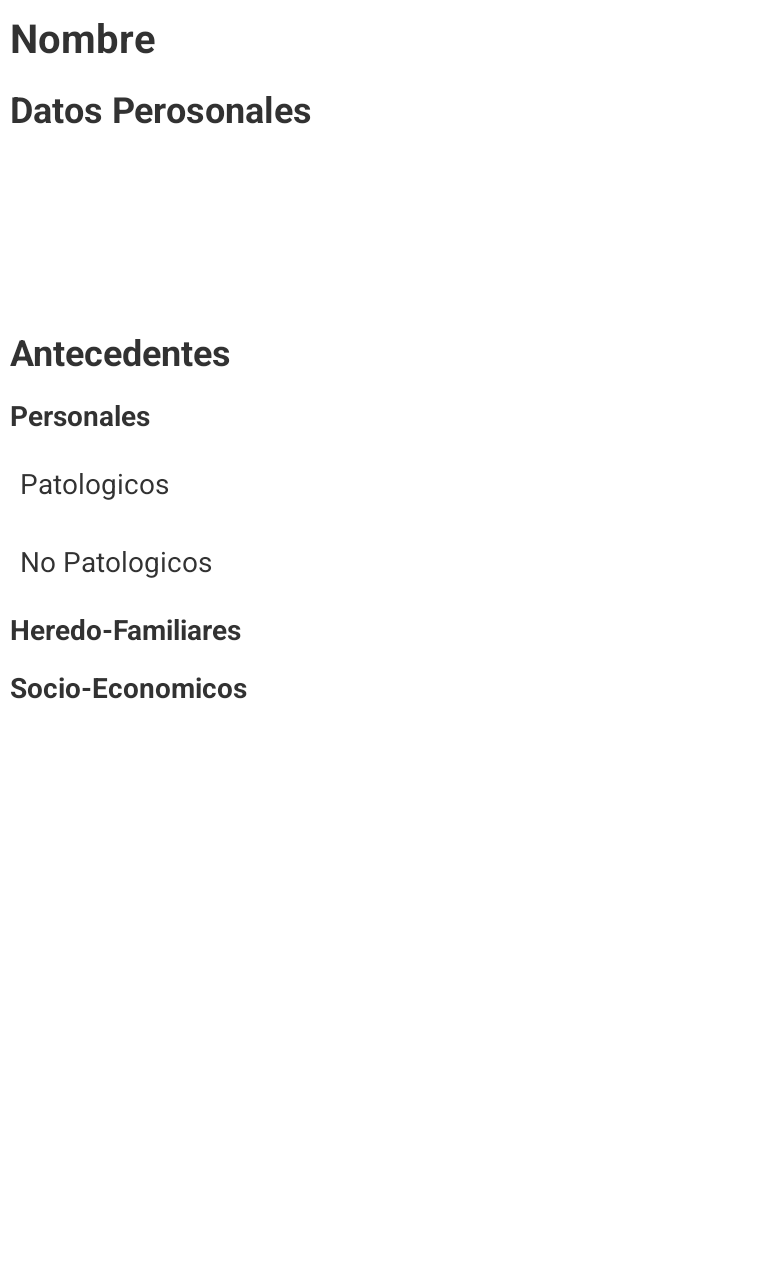
Repository: kakusio/AndoidMedics
Layout: NfcAndroidCliente/res/layout/historial_medico.xml
The author's editor kept a copy of each file at every save. The layout is drawn from the files as they stood at one save, then again after the next save.
It is drawn on a 768 x 1280 px phone screen (xhdpi) without system bars, with theme AppTheme; the app's code is not run. Lists and similar views that code fills are empty.

Above is the layout before, as saved 2013-04-14 17:59:49.

### NfcAndroidCliente/res/layout/historial_medico.xml
<?xml version="1.0" encoding="UTF-8"?>
<LinearLayout xmlns:android="http://schemas.android.com/apk/res/android"
    android:layout_width="fill_parent"
    android:layout_height="fill_parent"
    android:orientation="vertical" >

    <TextView
        android:id="@+id/nombreUsuario"
        android:layout_width="match_parent"
        android:layout_height="wrap_content"
        android:layout_margin="5dp"
        android:text="Nombre"
        android:textSize="20sp"
        android:textStyle="bold" />

    <TextView
        android:id="@+id/datosPerosonalesTest"
        android:layout_width="match_parent"
        android:layout_height="wrap_content"
        android:layout_margin="5dp"
        android:text="Datos Perosonales"
        android:textSize="18sp"
        android:textStyle="bold" />
    <LinearLayout
        android:id="@+id/datosPerosonalesLayout"
        android:layout_width="match_parent"
        android:layout_height="wrap_content"
        android:orientation="vertical" >

        <TextView
            android:id="@+id/religionUsuario"
            android:layout_width="match_parent"
            android:layout_height="wrap_content"
            android:layout_margin="5dp" />

        <TextView
            android:id="@+id/edadUsuario"
            android:layout_width="match_parent"
            android:layout_height="wrap_content"
            android:layout_margin="5dp" />

        <TextView
            android:id="@+id/sexoUsuario"
            android:layout_width="match_parent"
            android:layout_height="wrap_content"
            android:layout_margin="5dp" />
    </LinearLayout>

    <TextView
        android:id="@+id/antecedentesTest"
        android:layout_width="match_parent"
        android:layout_height="wrap_content"
        android:layout_margin="5dp"
        android:text="Antecedentes"
        android:textSize="18sp"
        android:textStyle="bold" />
    <LinearLayout
        android:id="@+id/antecedentesLayout"
        android:layout_width="match_parent"
        android:layout_height="wrap_content"
        android:orientation="vertical" >

        <TextView
            android:id="@+id/Personales"
            android:layout_width="match_parent"
            android:layout_height="wrap_content"
            android:layout_margin="5dp"
            android:text="Personales"
            android:textStyle="bold" />

        <LinearLayout
            android:id="@+id/personaleslayout"
            android:layout_width="match_parent"
            android:layout_height="wrap_content"
            android:orientation="vertical" >

            <TextView
                android:id="@+id/patologicos"
                android:layout_width="match_parent"
                android:layout_height="wrap_content"
                android:layout_margin="10dp"
                android:text="Patologicos" />

            <LinearLayout
                android:id="@+id/patologicosLayout"
                android:layout_width="match_parent"
                android:layout_height="wrap_content"
                android:orientation="vertical" >

                <ListView
                    android:id="@+id/patologicosList"
                    android:layout_width="match_parent"
                    android:layout_height="wrap_content" >
                </ListView>
            </LinearLayout>

            <TextView
                android:id="@+id/noPatologicos"
                android:layout_width="match_parent"
                android:layout_height="wrap_content"
                android:layout_margin="10dp"
                android:text="No Patologicos" />

            <LinearLayout
                android:id="@+id/noPatologicosLayout"
                android:layout_width="match_parent"
                android:layout_height="wrap_content"
                android:orientation="vertical" >

                <ListView
                    android:id="@+id/noPatologicosList"
                    android:layout_width="match_parent"
                    android:layout_height="wrap_content" >
                </ListView>
            </LinearLayout>
        </LinearLayout>

        <TextView
            android:id="@+id/heredoFamiliares"
            android:layout_width="match_parent"
            android:layout_height="wrap_content"
            android:layout_margin="5dp"
            android:text="Heredo-Familiares"
            android:textStyle="bold" />

        <LinearLayout
            android:id="@+id/heredoFamiliaresLayout"
            android:layout_width="match_parent"
            android:layout_height="wrap_content"
            android:orientation="vertical" >

            <ListView
                android:id="@+id/heredoFamiliaresList"
                android:layout_width="match_parent"
                android:layout_height="wrap_content" >
            </ListView>
        </LinearLayout>

        <TextView
            android:id="@+id/socioEconomicos"
            android:layout_width="match_parent"
            android:layout_height="wrap_content"
            android:layout_margin="5dp"
            android:text="Socio-Economicos"
            android:textStyle="bold" />

        <LinearLayout
            android:id="@+id/socioEconomicosLayout"
            android:layout_width="match_parent"
            android:layout_height="wrap_content"
            android:orientation="vertical" >

            <ListView
                android:id="@+id/socioEconomicosList"
                android:layout_width="match_parent"
                android:layout_height="wrap_content" >
            </ListView>
        </LinearLayout>
    </LinearLayout>

</LinearLayout>

Loaded but not shown: NfcAndroidCliente/res/values-v11/styles.xml (common file); NfcAndroidCliente/res/values-v14/styles.xml (common file); NfcAndroidCliente/res/values/styles.xml (common file)

After the next save:
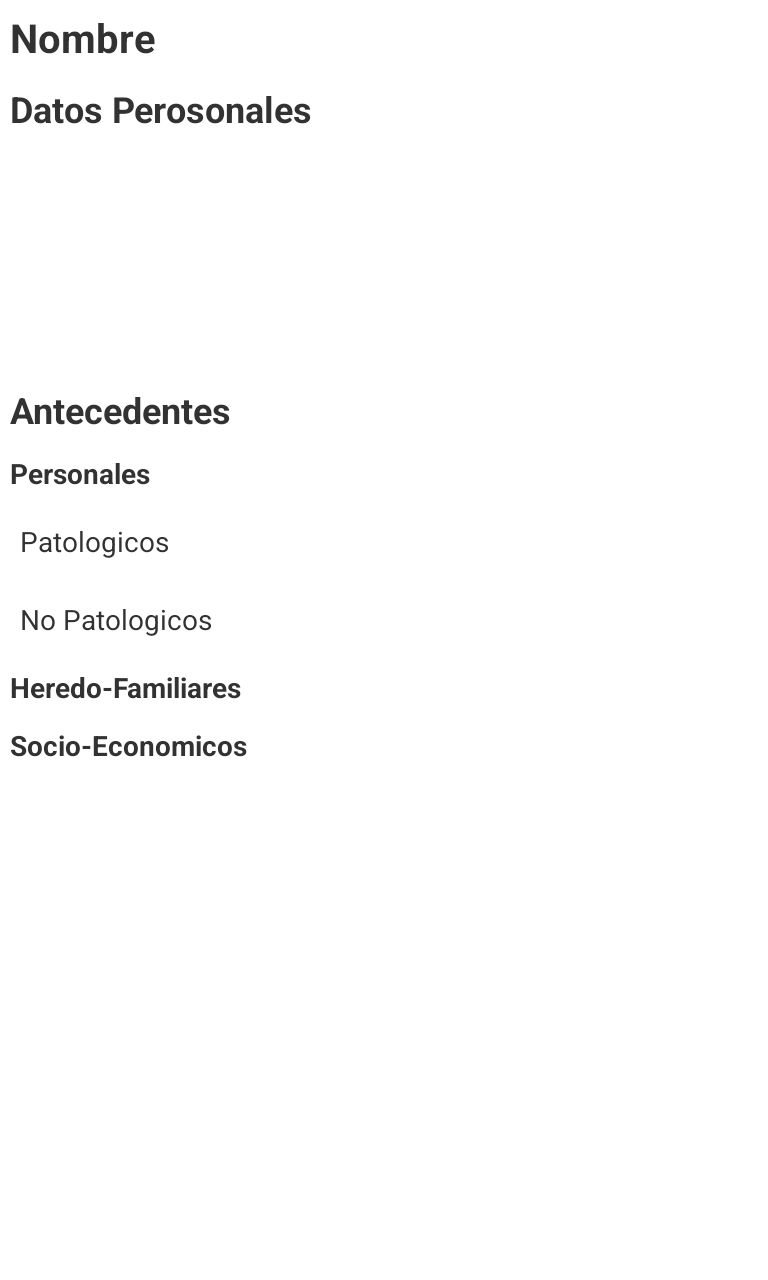
Saved 3 min 36 s later.
--- a/NfcAndroidCliente/res/layout/historial_medico.xml
+++ b/NfcAndroidCliente/res/layout/historial_medico.xml
@@ -28,7 +28,7 @@
         android:orientation="vertical" >
 
         <TextView
-            android:id="@+id/religionUsuario"
+            android:id="@+id/sexoUsuario"
             android:layout_width="match_parent"
             android:layout_height="wrap_content"
             android:layout_margin="5dp" />
@@ -40,7 +40,13 @@
             android:layout_margin="5dp" />
 
         <TextView
-            android:id="@+id/sexoUsuario"
+            android:id="@+id/telefonoUsuario"
+            android:layout_width="match_parent"
+            android:layout_height="wrap_content"
+            android:layout_margin="5dp" />
+
+        <TextView
+            android:id="@+id/correoUsuario"
             android:layout_width="match_parent"
             android:layout_height="wrap_content"
             android:layout_margin="5dp" />
